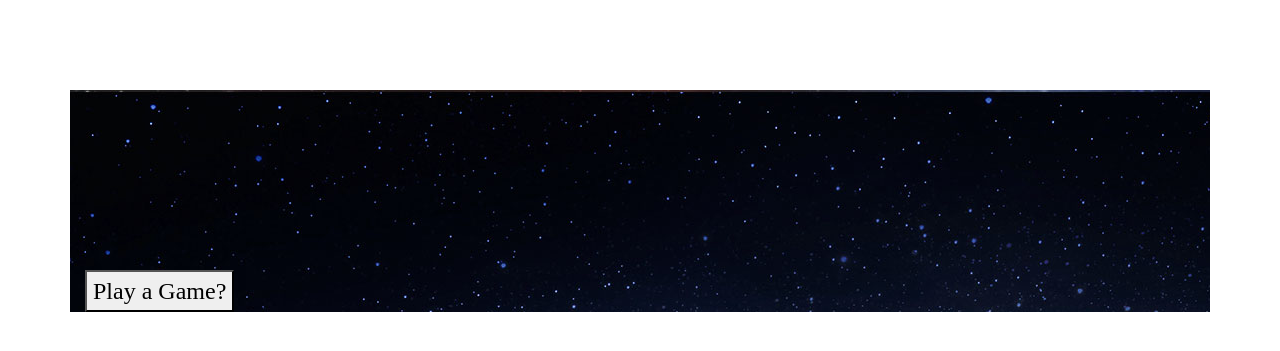
Repository: dsaftler/Trivia
Page: index.html
The author's editor kept a copy of each file at every save. The page is drawn from the files as they stood at one save, then again after the next save.
The browser window is 1280 px wide. The pictures show the whole page.
Some web fonts or font styles are not loaded; a fallback is used.

Above is the page before, as saved 2019-04-13 15:34:21.

After the next save:
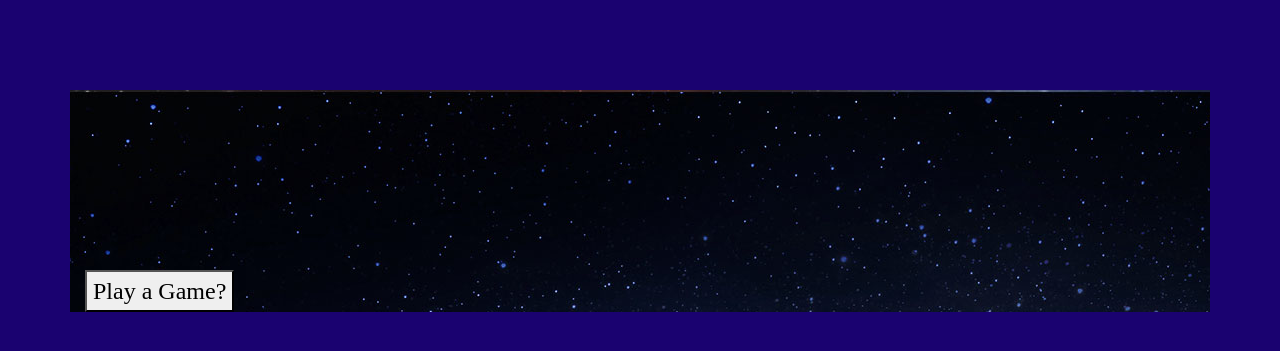
Saved 66 s later.
--- a/assets/css/style.css
+++ b/assets/css/style.css
@@ -1,9 +1,6 @@
 body {
   height: 100%;
-  background-color: #1a0270
-  /* background-image: url("../images/hubble.jpg"); */
-  background-image
-  /* background-repeat: repeat; */
+  background-color: #1a0270;
   max-width: 1536px;
   margin: auto;
   align-content: center;
